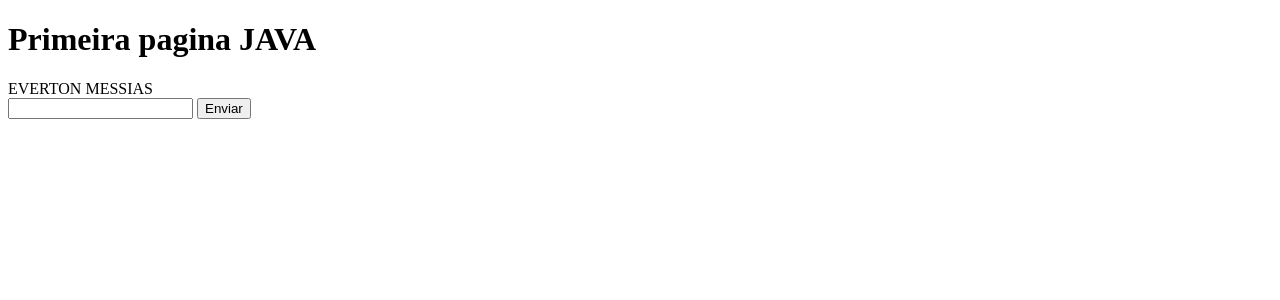
Repository: evertonmessias/java
Page: http://localhost/java11/
An editor plug-in stored every save of this project. The page is shown before and after the next save, followed by the edit.
The browser window is 1280 px wide. The pictures show the whole page.
The page is served by Tomcat 9.

Above is the page before, as saved 2020-03-13 02:29:31.

After the next save:
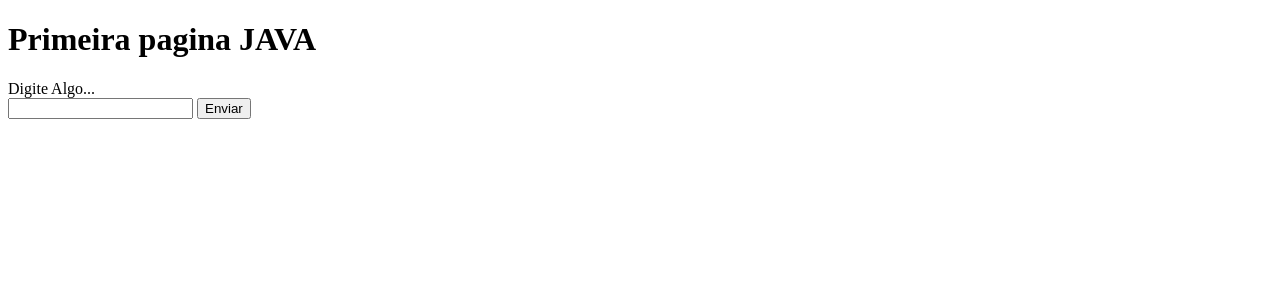
Saved 72 s later.
--- a/java11/WebContent/index.jsp
+++ b/java11/WebContent/index.jsp
@@ -8,7 +8,7 @@
 </head>
 <body>
 <h1>Primeira pagina JAVA</h1>
-<% out.print("EVERTON MESSIAS"); %>
+<% out.print("Digite Algo..."); %>
 <form action="receber.jsp">
 <input type="text" id="nome" name="nome"/>
 <input type="submit" value="Enviar"/>
